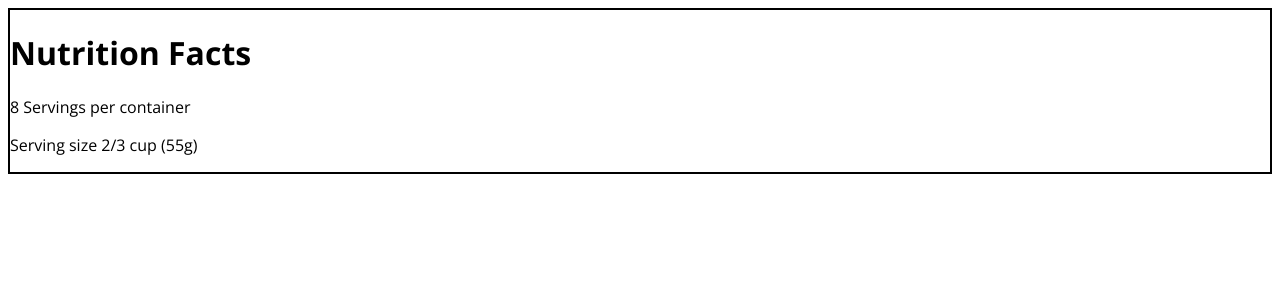
Repository: Lungdjos/typography
Page: index.html
An editor plug-in stored every save of this project. The page is shown before and after a run of saves, followed by the edit.
The browser window is 1280 px wide. The pictures show the whole page.

Above is the page before, as saved 2023-10-28 00:48:34.

### index.html
<!DOCTYPE html>
<html lang="en">

<head>
    <meta charset="UTF-8">
    <meta name="viewport" content="width=device-width, initial-scale=1.0">
    <title>Nutrition Label</title>
    <link rel="stylesheet" href="styles.css">
    <link rel="stylesheet" href="https://fonts.googleapis.com/css?family=Open+Sans:400,700,800">
</head>

<body>
    <div class="label">
        <h1>Nutrition Facts</h1>
        <p>8 Servings per container</p>
        <p>Serving size 2/3 cup (55g)</p>
    </div>

</body>

</html>

### styles.css
body {
    font-family: "Open Sans", sans-serif;
}

html {
    font-size: 16px;
}

.label {
    border: 2px solid black;
    width: 270
}

After the next 2 saves:
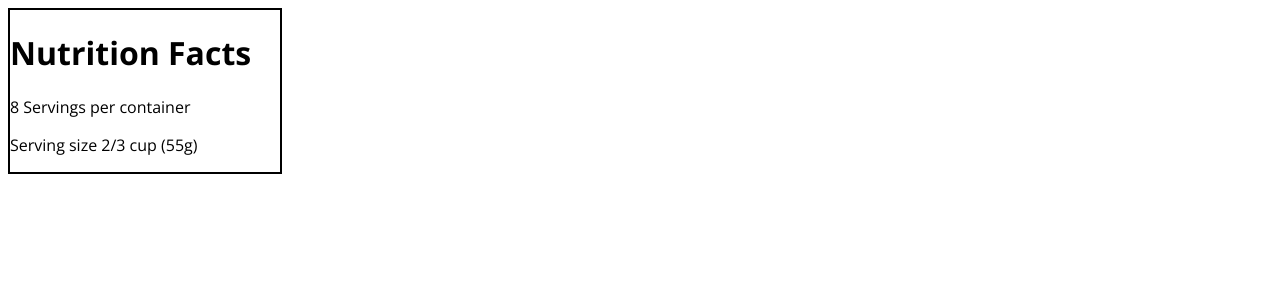
The 2 saves are shown as one change because they came seconds apart.
The last was saved 5 s later.
--- a/styles.css
+++ b/styles.css
@@ -8,5 +8,5 @@ html {
 
 .label {
     border: 2px solid black;
-    width: 270
+    width: 270px;
 }
